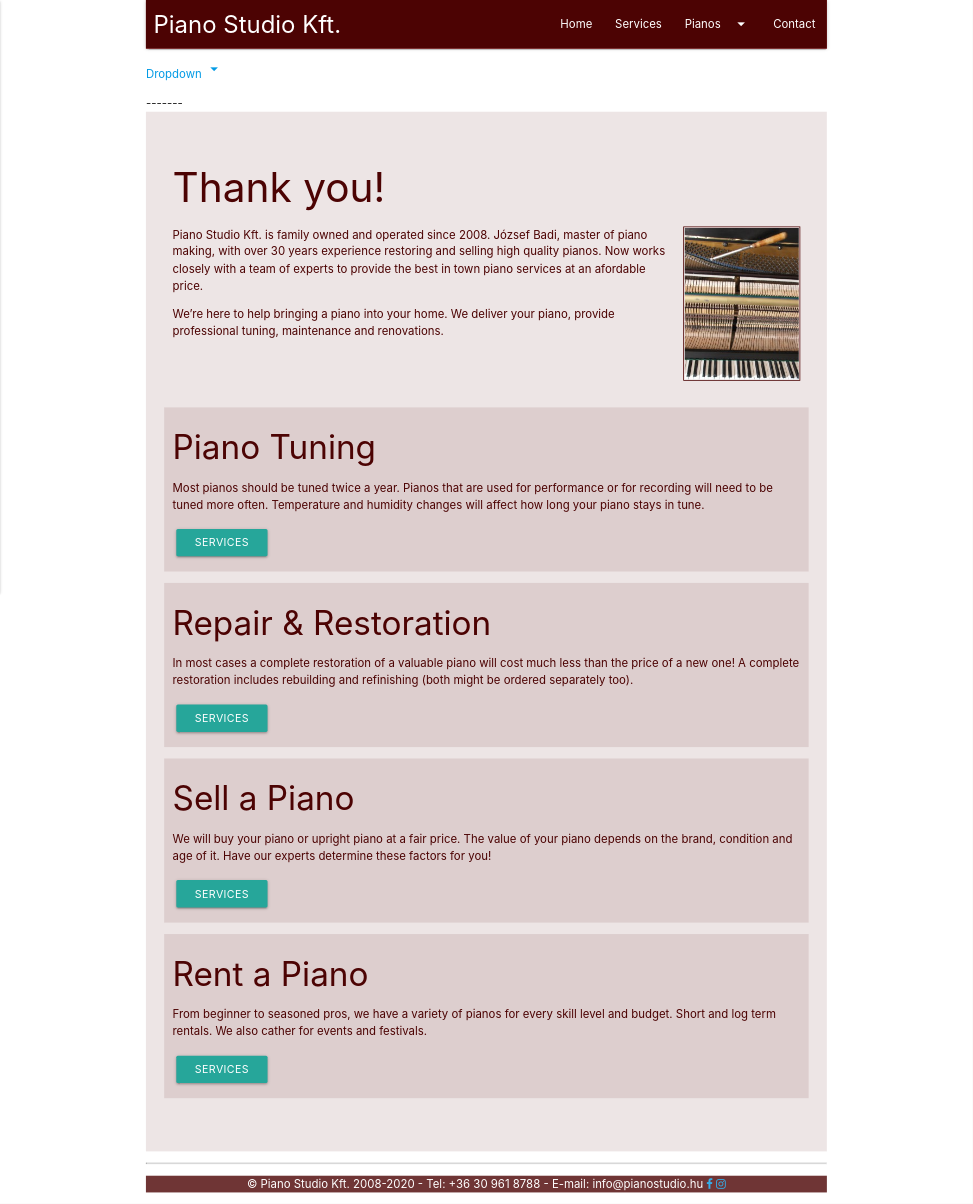
Repository: badiattila/pianostudioheroku
Page: templates/contact_success.html
The author's editor kept a record of every edit. The page is drawn from the files as they stood at one moment, then again after the next edit.
The browser window is 1280 px wide. The pictures show the whole page, at 76% of full size.
Some web libraries are served in a nearby version. The template is drawn by Flask 3. The application's start-up code is not run. The template is opened directly, without the code that normally fills it, so the values that code supplies are empty.

Above is the page before.

After the next edit:
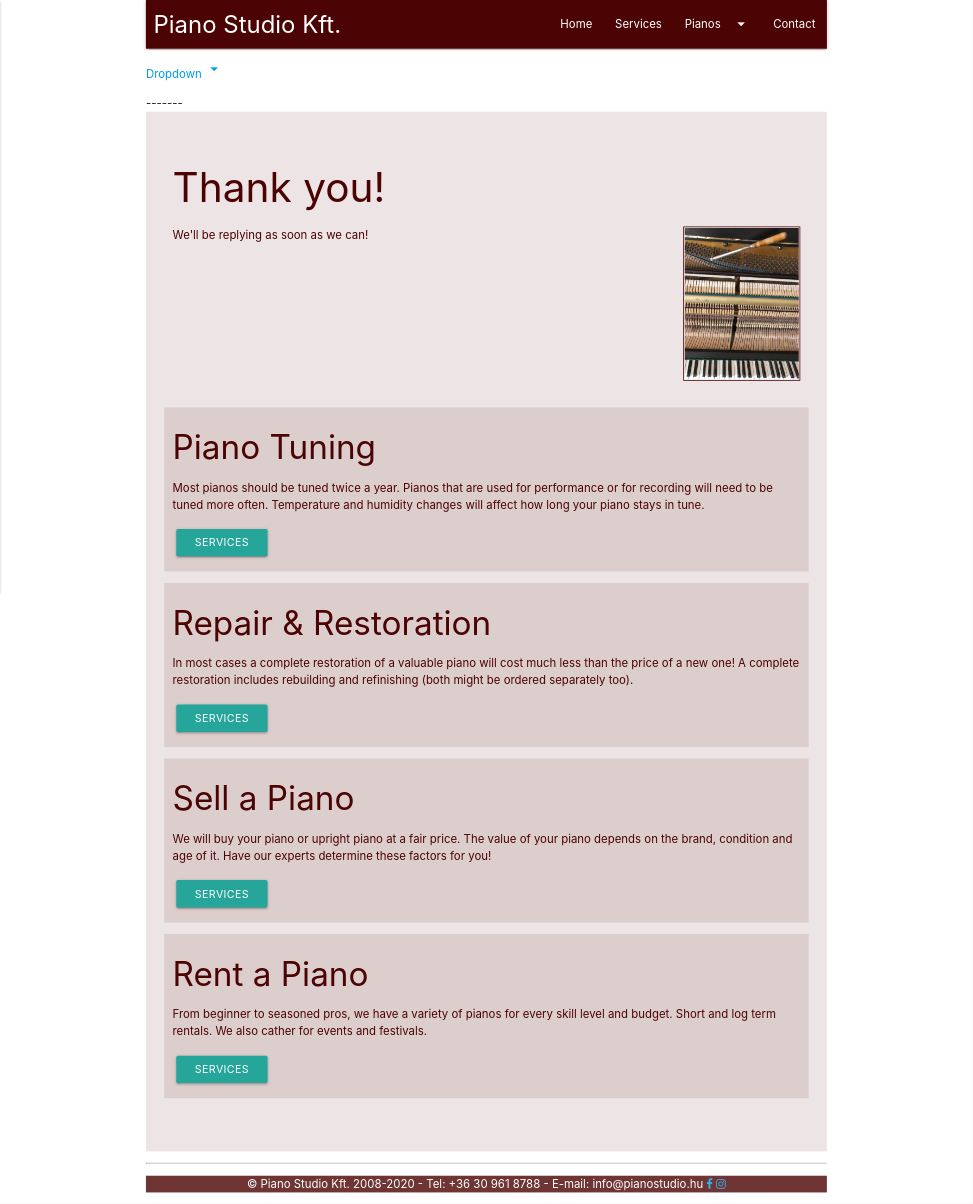
The edit:
--- a/templates/contact_success.html
+++ b/templates/contact_success.html
@@ -5,9 +5,7 @@
         <div class="col s12">
             <h2>Thank you!</h2>
             <img class="right-teaser" src="{{url_for('static', filename='pictures/hangolas.jpg')}}" alt="Piano Studio" />
-            <p>Piano Studio Kft. is family owned and operated since 2008. József Badi, master of piano making, with over 30 years experience restoring and selling high quality pianos. Now works closely with a team of experts to provide the best in town piano
-                services at an afordable price.</p>
-            <p>We’re here to help bringing a piano into your home. We deliver your piano, provide professional tuning, maintenance and renovations.</p>
+            <p>We'll be replying as soon as we can!</p>
         </div>
     </div>
     <div class="row">
